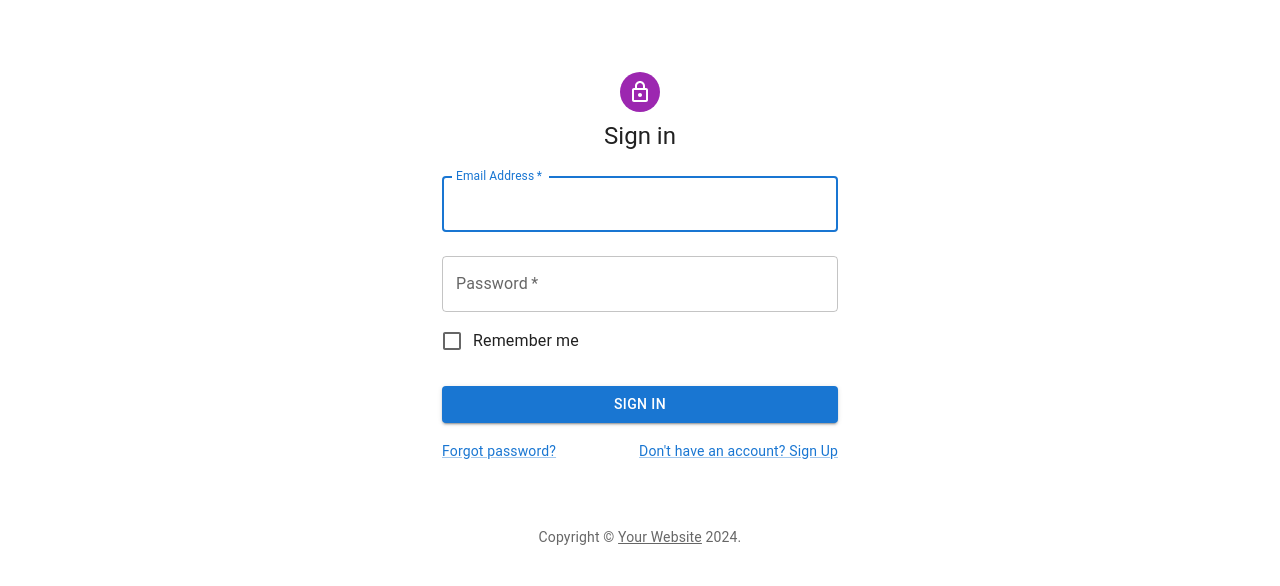
Repository: Milith97/Book-Borrowing-System
Page: /
These files come from the project's save history. The page is drawn as it stood at one moment and after the next save; the edit follows.
The browser window is 1280 px wide. The pictures show the whole page.
The project was rebuilt for these pictures with package versions that can differ from the ones it lists, and the page was loaded fresh each time. Also part of the build but not shown: vite.config.js, src/Componnts/SignUp.jsx, src/index.css.

Above is the page before, as saved 2024-03-25 13:50:40.

After the next save:
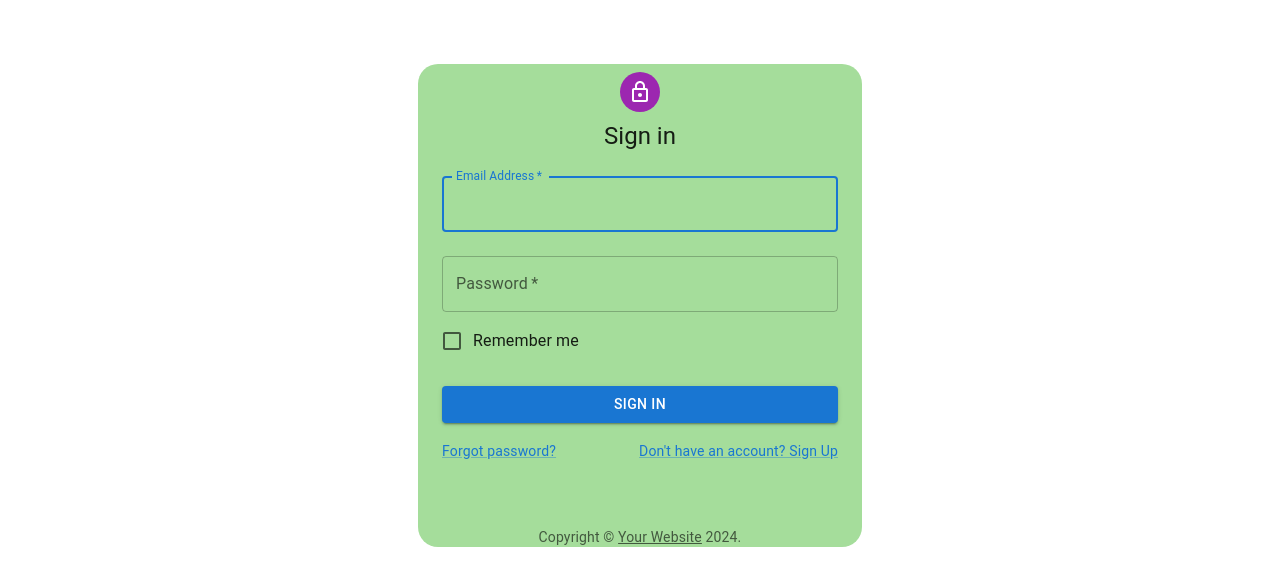
Saved 77 s later.
--- a/src/Componnts/SignIn.jsx
+++ b/src/Componnts/SignIn.jsx
@@ -43,7 +43,7 @@ export default function SignIn() {
 
   return (
     <ThemeProvider theme={defaultTheme}>
-      <Container component="main" maxWidth="xs" sx={{ borderRadius:5,}}>
+      <Container component="main" maxWidth="xs" sx={{ backgroundColor: '#A5DD9B',borderRadius:5,}}>
         <CssBaseline />
         <Box
           sx={{
